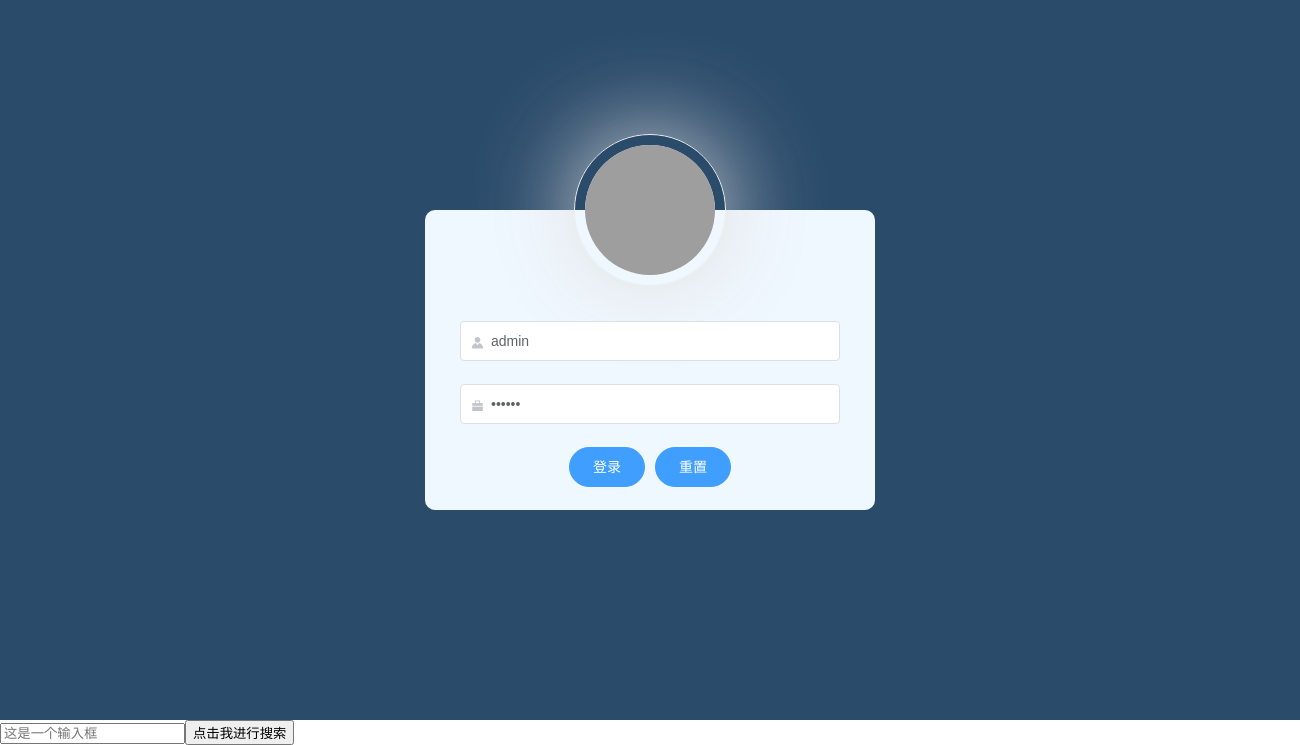
Repository: Tsukiau/vue_shop
Page: /#/roles (app in app-commerce/)
These files come from the project's save history. The page is drawn as it stood at one moment and after a run of saves; the edit follows.
The browser window is 1280 px wide. The page is 1300 px wide, so the pictures cover 1300 px, including what lies to the right of the window. The pictures show the whole page.
Pictures or frames that could not be fetched are drawn as grey boxes. The project was rebuilt for these pictures with package versions that can differ from the ones it lists, and the page was loaded fresh each time. Also part of the build but not shown: app-commerce/vue.config.js.

Above is the page before, as saved 2022-10-25 11:38:57.

After the next 2 saves:
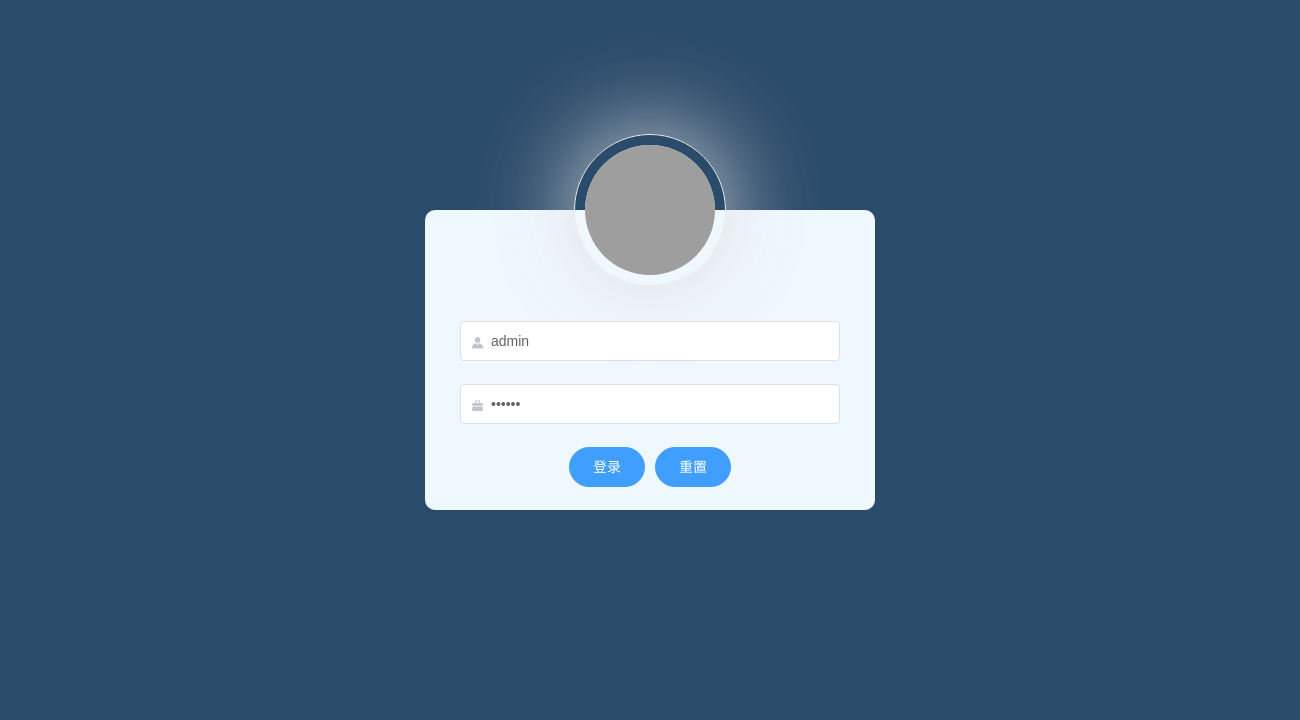
The 2 saves are shown as one change because they came seconds apart.
The last was saved 25 s later.
--- a/app-commerce/src/App.vue
+++ b/app-commerce/src/App.vue
@@ -1,10 +1,6 @@
 <template>
   <div>
     <router-view></router-view>
-    <div>
-      <input ref="myInp" type="text" placeholder="这是一个输入框">
-      <button @click="btn">点击我进行搜索</button>
-    </div>
   </div>
 </template>
 
